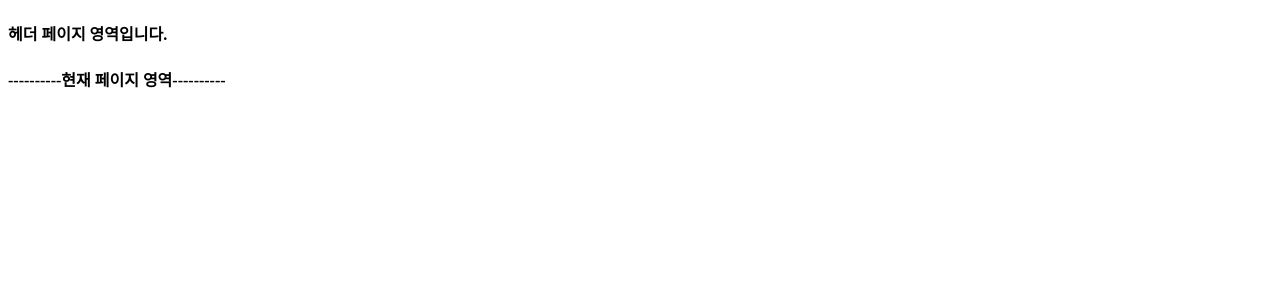
Repository: HyeongWook22/JSP
Page: http://localhost/jspbook/chapter03/exam3-9.jsp
An editor plug-in stored every save of this project. The page is shown before and after the next save, followed by the edit.
The browser window is 1280 px wide. The pictures show the whole page.
The page is served by Tomcat 10. Nobody is signed in. The application's start-up code is not run. Other server files are loaded and not shown.

Above is the page before, as saved 2024-10-08 06:48:12.

### jspbook/src/main/webapp/chapter03/exam3-9.jsp
<%@ page language="java" contentType="text/html; charset=UTF-8"
    pageEncoding="UTF-8"%>
<%@ include file = "exam3-9_header.jsp" %>
<!DOCTYPE html>
<html>
<head>
<meta charset="UTF-8">
<title>Insert title here</title>
</head>
<body>
	<h4>----------현재 페이지 영역----------</h4>
</body>
</html>

### jspbook/src/main/webapp/chapter03/exam3-9_header.jsp
<%@ page language="java" contentType="text/html; charset=UTF-8"
    pageEncoding="UTF-8"%>
<!DOCTYPE html>
<html>
<head>
<meta charset="UTF-8">
<title>Insert title here</title>
</head>
<body>
	<h4>헤더 페이지 영역입니다.</h4>
</body>
</html>

After the next save:
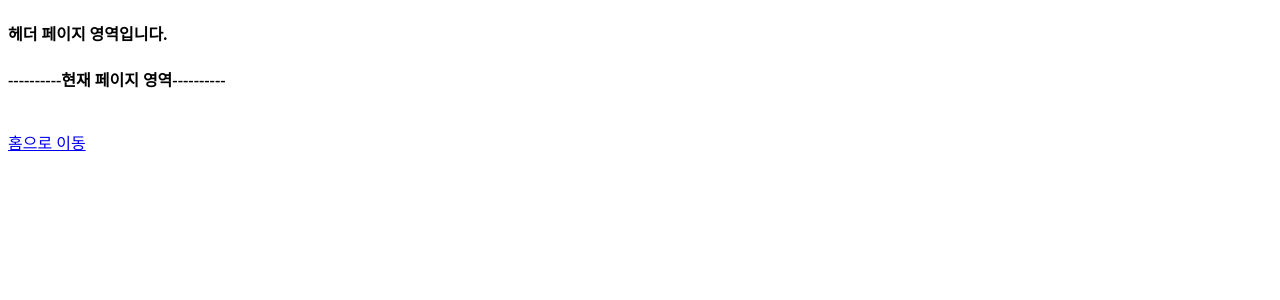
Saved 41 s later.
--- a/jspbook/src/main/webapp/chapter03/exam3-9.jsp
+++ b/jspbook/src/main/webapp/chapter03/exam3-9.jsp
@@ -9,5 +9,7 @@
 </head>
 <body>
 	<h4>----------현재 페이지 영역----------</h4>
+	<br>
+	<a href = "index.jsp">홈으로 이동</a>
 </body>
 </html>
